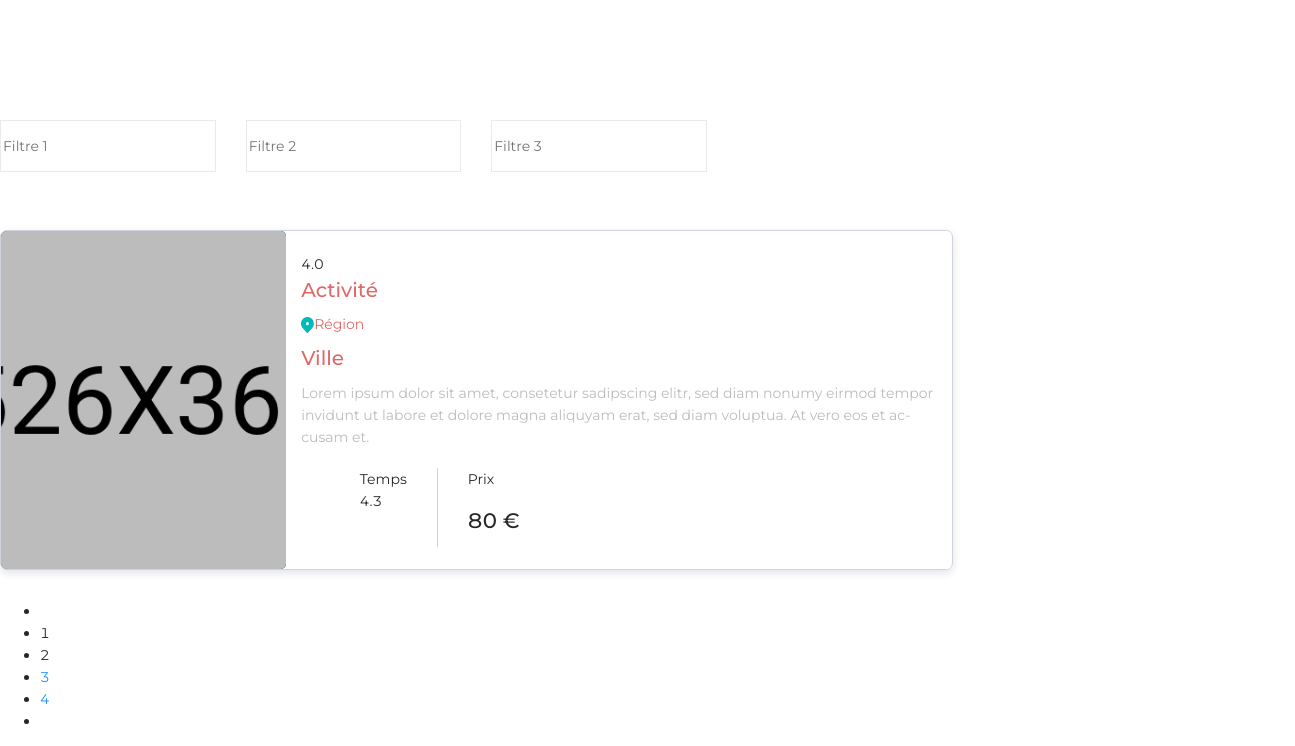
Repository: Emerson1220/projet-neofeel-lacapsule
Page: /roadPlanner (app in reactapp/)
An editor plug-in stored every save of this project. The page is shown before and after the next save, followed by the edit.
The browser window is 1280 px wide. The page is 1295 px wide, so the pictures cover 1295 px, including what lies to the right of the window. The pictures show the whole page.
The project was rebuilt for these pictures with package versions that can differ from the ones it lists, and the page was loaded fresh each time. Also part of the build but not shown: reactapp/src/Nav.js, reactapp/src/ScreenHome.js.

Above is the page before, as saved 2021-05-18 13:45:54.

### reactapp/src/App.js
import './App.css';
import Nav from './Nav'
import {BrowserRouter as Router, Switch, Route} from 'react-router-dom'

import ScreenHome from './ScreenHome';
import ScreenRoadPlanner from './screens/ScreenRoadPlanner';

function App() {
  return (



    // <SearchPage></SearchPage>
      <Router>
        <Switch>
          <Route component={ScreenHome} path="/" exact />
          <Route component={ScreenRoadPlanner} path="/roadPlanner"  />
          {/* <Route component={ScreenConnexion} path="/connexion"  />
          <Route component={ScreenSearch} path="/recherche"  />
          <Route component={ScreenInfo} path="/info"  />
          <Route component={ScreenPartner} path="/partenaire"  />
          <Route component={ScreenRoadPlanner} path="/roadPlanner"  />
          <Route component={ScreenTrips} path="/voyages"  />
          <Route component={ScreenProfil} path="/profil"  />
          <Route component={ScreenBasket} path="/panier"  />
          <Route component={ScreenSuggestion} path="/suggestion"  /> */}
        </Switch>
      </Router>

  );
}

export default App;

### reactapp/src/App.css
@import '~antd/dist/antd.css';
@import url('https://fonts.googleapis.com/css2?family=Montserrat:ital,wght@0,200;0,300;0,400;0,500;0,600;0,700;1,400;1,600&display=swap');

* {
  font-family: 'Montserrat', sans-serif;
}

.App {
  text-align: center;
}

.App-logo {
  height: 40vmin;
  pointer-events: none;
}

@media (prefers-reduced-motion: no-preference) {
  .App-logo {
    animation: App-logo-spin infinite 20s linear;
  }
}

.App-header {
  background-color: #282c34;
  min-height: 100vh;
  display: flex;
  flex-direction: column;
  align-items: center;
  justify-content: center;
  font-size: calc(10px + 2vmin);
  color: white;
}

.App-link {
  color: #61dafb;
}

@keyframes App-logo-spin {
  from {
    transform: rotate(0deg);
  }
  to {
    transform: rotate(360deg);
  }
}
/* CSS NAVBAR _______________________*/



.h1-montserrat {
  width: auto; /* 366px */
  height: auto; /* 58px */
  overflow: visible;
  white-space: pre;
  letter-spacing: 0px;
  line-height: 1.2;
  color: #106271;
  font-weight: 700;
  font-family: "Inter-Bold", "Inter", sans-serif;
  font-size: 48px;
}

.devenezPartenaireButton{

background-color: #e06868;
overflow: visible;
  white-space: pre;
  letter-spacing: 0px;
line-height: 1.2;
  color: #ffffff;
  font-weight: 700;
  font-family: "Inter-Bold", "Inter", sans-serif;
width: 150px;
height: 50px;
left: 971px;
top: 40px;
border-radius: 5px;
}

.listNav{
  color: #106271;
  margin: 0px 0px;
}

### reactapp/src/screens/ScreenRoadPlanner.js
import React from 'react';
import '../App.css';
import { Button } from 'antd';
import { Link } from 'react-router-dom';
import Nav from '../Nav'

function ScreenRoadPlanner() {

    return (	<div style={{ paddingTop:'120px' }}>

                <div style={ styles.container }>

                    <div style={ styles.row }>

                        <div style={ styles.col_xl_9 }>
                            <div style={{ marginBottom:'40px' }}> {/* Filters */}

                                <div style={ styles.row }>
                                    <div style={ styles.col_xl_3 }>
                                        <label style={ styles.single_input_wrap }>
                                            <i style={ styles.icons_la }/>
                                            <input style={ styles.single_input_wrap_input } type="text" placeholder="Filtre 1" />
                                        </label>
                                    </div>

                                    <div style={ styles.col_xl_3 }>
                                        <label style={ styles.single_input_wrap }>
                                            <i style={ styles.icons_la }/>
                                            <input style={ styles.single_input_wrap_input } type="text" placeholder="Filtre 2" />
                                        </label>
                                    </div>

                                    <div style={ styles.col_xl_3 }>
                                        <label style={ styles.single_input_wrap }>
                                            <i style={ styles.icons_la }/>
                                            <input style={ styles.single_input_wrap_input } type="text" placeholder="Filtre 3" />
                                        </label>
                                    </div>
                                </div>
                            </div> {/* End -> ButtonFilters */}

                            <div style={ styles.experiences_list_area }> {/* Container -> Card expérience */}
                                <div style={ styles.single_destinations}> {/* Card expérience */}
                                    <div style={ styles.image_card }>
                                        <img style={ styles.image }src="images/photo-526x360.png" alt="list" />
                                    </div>
                                    <div style={ styles.detail_card }>
                                        <div>
                                            <i style={ styles.icons_fa_1  }/>
                                            <i style={ styles.icons_fa_1 } />
                                            <i style={ styles.icons_fa_1  } />
                                            <i style={ styles.icons_fa_1  } />
                                            <i style={ styles.icons_fa_2  } />
                                            <span>4.0</span>
                                        </div>

                                        <h4><Link style={ styles.h3 } to="/">Activité</Link></h4>
                                        <p style={{ color: '#e06868', marginleft: '4px', marginBottom: '8px'}}><img src="images/icone-geo.png" alt="map" />Région</p>
                                        <h4 ><Link style={ styles.h3 }  to="/">Ville</Link></h4>
                                        <p style={ styles.card_content } >Lorem ipsum dolor sit amet, consetetur sadipscing elitr, sed diam nonumy eirmod tempor invidunt ut labore et dolore magna aliquyam erat, sed diam voluptua. At vero eos et accusam et.</p>

                                        <div style={ styles.liste_price }>
                                            <ul style={ styles.liste_price_content, styles.liste_price_li }>
                                                <li><i style={ styles.icons_fa }/> Temps</li>
                                                <li><i style={ styles.icons_fa }/> 4.3</li>
                                            </ul>
                                            <div style={ styles.liste_price_item }>
                                                <p>Prix</p>
                                                <h2>80 <span>€</span></h2>
                                            </div>
                                        </div>
                                    </div>
                                </div> {/* End -> Card expérience */}
                            </div> {/* End -> Container -> Card expérience */}


                            <div className="text-md-center text-left"> {/* Pagination */}
                                <div className="tp-pagination text-md-center text-left d-inline-block mt-4">
                                    <ul>
                                        <li><a className="prev page-numbers" href="#"><i className="la la-long-arrow-left" /></a></li>
                                        <li><span className="page-numbers">1</span></li>
                                        <li><span className="page-numbers current">2</span></li>
                                        <li><a className="page-numbers" href="#">3</a></li>
                                        <li><a className="page-numbers" href="#">4</a></li>
                                        <li><a className="next page-numbers" href="#"><i className="la la-long-arrow-right" /></a></li>
                                    </ul>
                                </div>
                            </div>{/* End -> Pagination */}
                        </div>
                    </div>
                </div>
            </div>
    )
};

let styles = {

    // CSS - ARCHITECTURE//

    container: {
        width: '100%',
        paddingright: '15px',
        paddingleft: '15px',
        marginright: 'auto',
        marginleft: 'auto',
    },

    row:{
        display: 'flex',
        flexWrap: 'wrap',
        marginRight: '-15px',
        marginLeft: '-15px',
    },

    col_xl_9:{
        position: 'relative',
        flex: '0 0 75%',
        maxWidth: '75%',
        width: '100%',
        minHeight: '1px',
        paddingRight: '15px',
        paddingLeft: '15px',
        },

    col_xl_3:{
        position: 'relative',
        flex: '0 0 25%',
        maxWidth: '25%',
        width: '100%',
        minHeight: '1px',
        paddingRight: '15px',
        paddingLeft: '15px',
        },

    single_input_wrap:{
        position: 'relative',
        width: '100%',
        marginBottom: '18px',
        display: 'inline-block',
    },

    single_input_wrap_input:{
        background: '#ffffff',
        border: '1px solid #EAEAEA',
        height: '52px',
        width: '100%',
    },

    // CSS - ICONS //

    icons_la:{
        display: 'inline-block',
        position: 'absolute',
        top: '17px',
        left: '20px',
        color: '#CFD3DE',
        font: 'normal normal normal 16px/1 LineAwesome',
        fontSize: 'inherit',
        textDecoration: 'inherit',
        textRendering: 'optimizeLegibility',
        textTransform: 'none',
    },

    icons_fa_1:{
        display: 'inline-block',
        font: 'normal normal normal 14px/1 FontAwesome',
        fontSize: 'inherit',
        textRendering: 'auto',
        color: '#f3941e',
    },

    icons_fa_2:{
        display: 'inline-block',
        font: 'normal normal normal 14px/1 FontAwesome',
        fontSize: 'inherit',
        textRendering: 'auto',
        color: '#d4d4d4',
    },

    // CARD - TITLE//

    h3:{
        fontSize: '20px',
        color: '#e06868',
        textDecoration: 'none',
    },

    h4:{
        fontSize: '20px',
        color: '#e06868',
        textDecoration: 'none',
    },

    // CARD - CSS //

    experiences_list_area:{
        boxSizing: 'border-box',
        outline: 'none',
    },

    single_destinations:{
        display: 'flex',
        flexWrap: 'wrap',
        margin: '0 0 30px 0',
        border: '1px solid #CFD3DE',
        boxShadow: '0px 3px 9px #071c551f',
        borderRadius: '7px',
        position: 'relative',
        overflow: 'hidden',
    },

    image_card:{
        position: 'relative',
        background: '#106271',
        overflow: 'hidden',
        flex: '0 0 30%',
        backgroundSize: 'cover',
        backgroundRepeat: 'no-repeat',
        backgroundPosition: 'center center',
        minHeight: '200px',
        borderRadius: '5px',
    },

    image:{
        width: '100%',
        height: '100%',
        objectFit: 'cover',
        objectPosition: 'center center',
        borderRadius: '5px',
    },

    detail_card:{
        flex: '0 0 70%',
        padding: '22px 15px',
        background: '#ffffff',
    },

    card_content:{
        marginBottom: '15px',
        color: '#bcbcbc',
        hyphens: 'auto',
    },

    liste_price:{
        marginTop: '20px',
        display: 'flex',
        boxSizing: 'border-box',
        outline: 'none',
    },

    liste_price_li:{
        margin: '0 10px',
        fontSize: '14px',
        listStyle: 'none',
        display: 'inline-block',
    },


    liste_price_content:{
        float: 'left',
        marginTop: '20px',
        margin: '0',
        padding: '0',
        display: 'inline-block',
    },

    icons_fa:{
        display: 'inline-block',
        font: 'normal normal normal 14px/1 FontAwesome',
        fontSize: 'inherit',
        textRendering: 'auto',
        color: '#01B9B7',
        marginRight: '5px',
    },

    liste_price_item:{
        paddingLeft: '30px',
        marginLeft: '20px',
        borderLeft: '1px solid #CFD3DE',
        paddingTop: '0',
    },



    }













export default ScreenRoadPlanner;

Loaded but not shown: reactapp/public/index.html (common file); reactapp/src/index.js (common file); reactapp/src/index.css (common file); reactapp/src/reportWebVitals.js (common file)

After the next save:
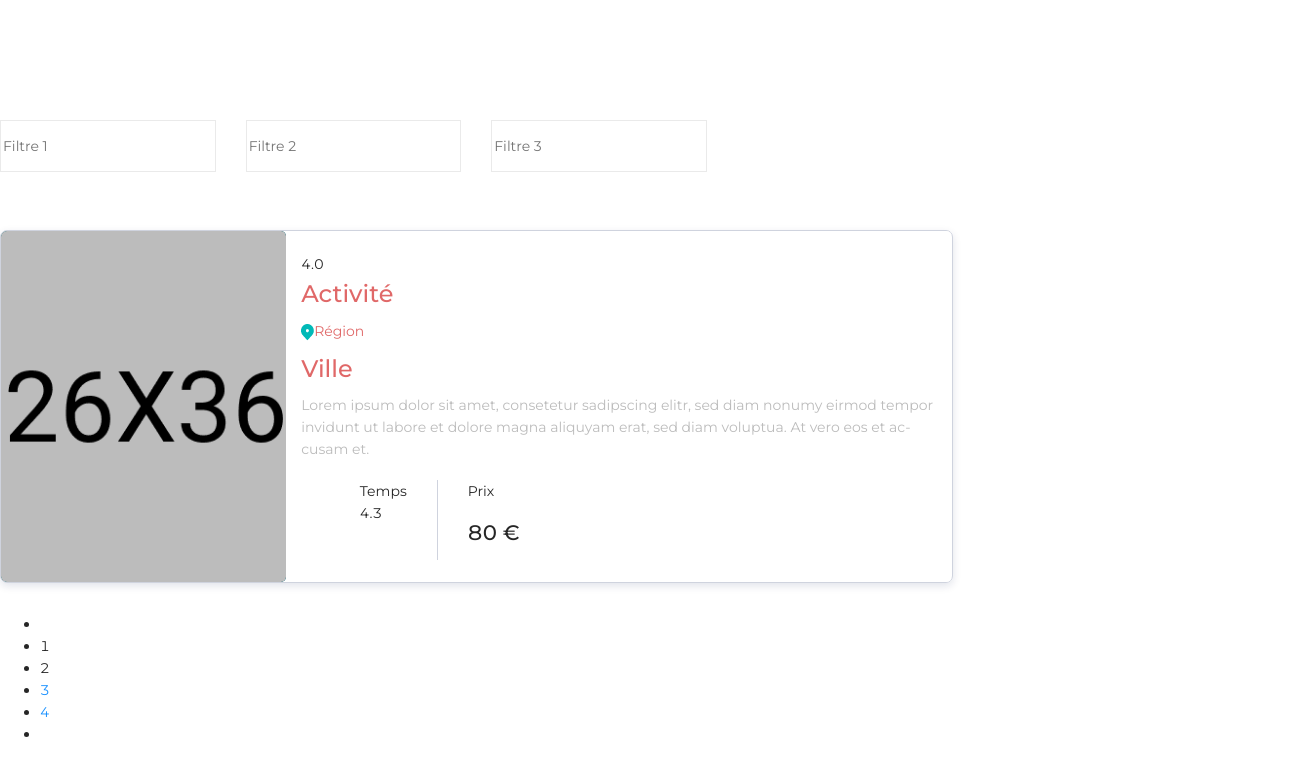
Saved 50 s later.
--- a/reactapp/src/screens/ScreenRoadPlanner.js
+++ b/reactapp/src/screens/ScreenRoadPlanner.js
@@ -180,7 +180,7 @@ let styles = {
     // CARD - TITLE//
 
     h3:{
-        fontSize: '20px',
+        fontSize: '24px',
         color: '#e06868',
         textDecoration: 'none',
     },
